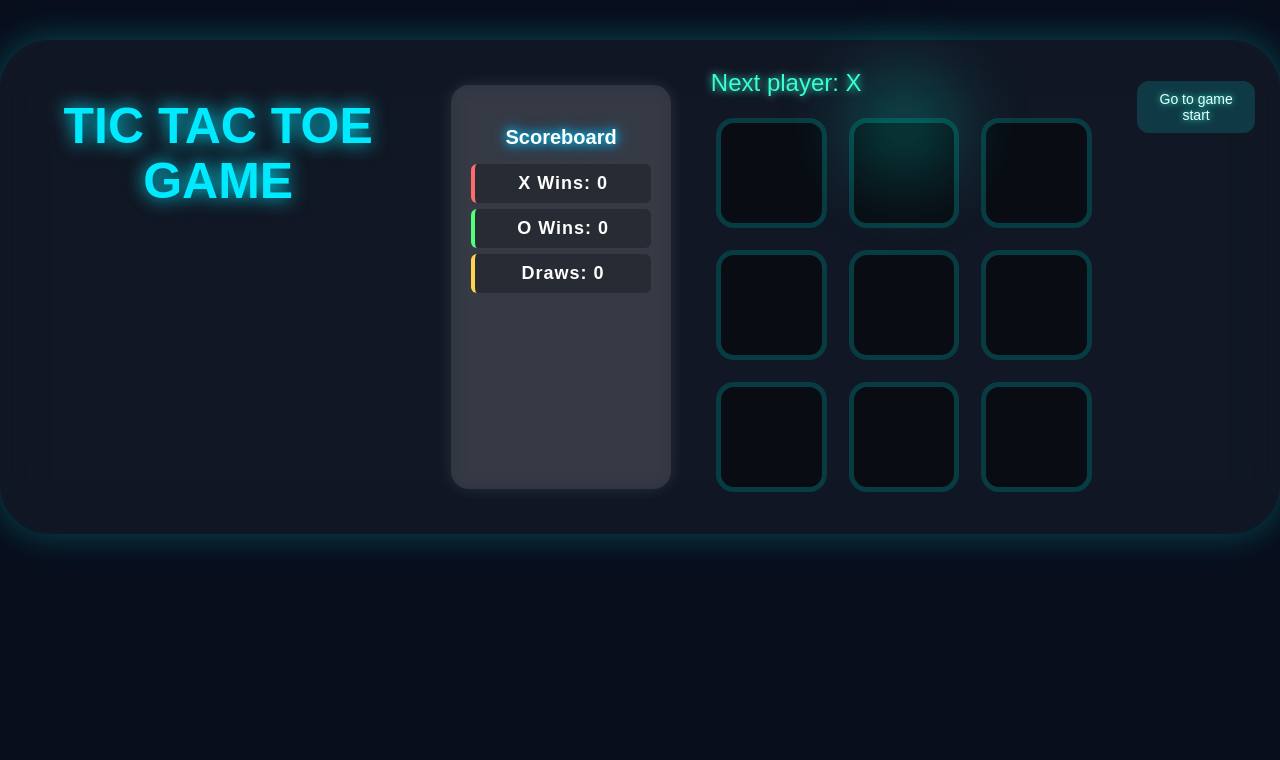
Repository: sofia123776/TIC-TAC-TOE
Page: /
The author's editor kept a copy of each file at every save. The page is drawn from the files as they stood at one save, then again after the next save.
The browser window is 1280 px wide. The pictures show the whole page.
The project was rebuilt for these pictures with package versions that can differ from the ones it lists, and the page was loaded fresh each time. Also part of the build but not shown: vite.config.js.

Above is the page before, as saved 2025-11-30 22:23:03.

### src/index.css
:root {
  font-family: system-ui, Avenir, Helvetica, Arial, sans-serif;
  line-height: 1.5;
  font-weight: 400;

  color-scheme: light dark;
  color: rgba(255, 255, 255, 0.87);
  background-color: whitesmoke;

  font-synthesis: none;
  text-rendering: optimizeLegibility;
  -webkit-font-smoothing: antialiased;
  -moz-osx-font-smoothing: grayscale;
}

a {
  font-weight: 500;
  color: #646cff;
  text-decoration: inherit;
}
a:hover {
  color: #535bf2;
}

body {
  margin: 0;
  display: flex;
  place-items: center;
  min-width: 320px;
  min-height: 100vh;
}

h1 {
  font-size: 3.2em;
  line-height: 1.1;
}

button {
  border-radius: 1px;
  border:8px  solid transparent;
  padding: 0.6em 1.2em;
  font-size: 1em;
  font-weight: 500;
  font-family: inherit;
  background-color: #1a1a1a;
  cursor: pointer;
  transition: border-color 0.25s;
}
button:hover {
  border-color: #646cff;
}
button:focus,
button:focus-visible {
  outline: 4px auto -webkit-focus-ring-color;
}

@media (prefers-color-scheme: light) {
  :root {
    color: #213547;
    background-color: #ffffff;
  }
  a:hover {
    color: #747bff;
  }
  button {
    background-color: #f9f9f9;
  }
}

### src/App.jsx
import { useState } from 'react'
import reactLogo from './assets/react.svg'
import viteLogo from '/vite.svg'
import './App.css'

function Square({value, onSquareClick, highlight}){


  return(
   <button
      className={`square ${highlight ? "highlight" : ""}`}
      onClick={onSquareClick}
    >
      {value}
    </button>
  );

}

function Board({xIsNext, squares, onPlay}) {



  function Handleclick(i){

    if ( Calculatewinner(squares) || squares[i]) {
    return;

  }
    ClickSound.play();
    const nextSquares = squares.slice()
    if (xIsNext){
    nextSquares[i] = "X"
    }else{
      nextSquares[i] = "O"
    }
    onPlay(nextSquares);
  }
    const winner = Calculatewinner(squares);
    const winningLine = Calculatewinner(squares, true);
    const ClickSound = new Audio("/sounds/click.mp3.wav");
    const WinSound = new Audio("/sounds/win.mp3.wav");



  let status;
  if (winner) {
    status = "Winner: " + winner;
    WinSound.play();
  } else {
    status = "Next player: " + (xIsNext ? "X" : "O");
  }

  return (
    <>

    <div className={`status ${winner ? "winner" : ""}`}>{status}</div>
  <div className='board-row'>
  <Square value = {squares[0]} onSquareClick={() =>Handleclick(0)} highlight={winningLine?.includes(0)}/>
  <Square value = {squares[1]} onSquareClick={() =>Handleclick(1)} highlight={winningLine?.includes(1)}/>
  <Square value = {squares[2]} onSquareClick={() =>Handleclick(2)} highlight={winningLine?.includes(2)}/>

  </div>

  <div className='board-row'>
  <Square value = {squares[3]} onSquareClick={() =>Handleclick(3)} highlight={winningLine?.includes(3)}/>
  <Square value = {squares[4]} onSquareClick={() =>Handleclick(4)} highlight={winningLine?.includes(4)}/>
  <Square value = {squares[5]} onSquareClick={() =>Handleclick(5)} highlight={winningLine?.includes(5)}/>

  </div>
  <div className='board-row'>
  <Square value = {squares[6]} onSquareClick={() =>Handleclick(6)} highlight={winningLine?.includes(6)}/>
  <Square value = {squares[7]} onSquareClick={() =>Handleclick(7)} highlight={winningLine?.includes(7)}/>
  <Square value = {squares[8]} onSquareClick={() =>Handleclick(8)} highlight={winningLine?.includes(8)}/>

  </div>

  </>
  );
}

export default function Game() {
  const [history, setHistory] = useState([Array(9).fill(null)]);
  const [currentMove, setCurrentMove] = useState(0);

  const xIsNext = currentMove % 2 === 0;
  const currentSquares = history[currentMove];

  // 🟦 Scoreboard State (X wins, O wins, Draws)
  const [score, setScore] = useState({
    X: 0,
    O: 0,
    Draws: 0
  });

  function handlePlay(nextSquares) {
    // If game already ended, stop moves
    if (Calculatewinner(currentSquares)) {
      return;
    }

    const nextHistory = [
      ...history.slice(0, currentMove + 1),
      nextSquares,
    ];

    setHistory(nextHistory);
    setCurrentMove(nextHistory.length - 1);

    // Check winner *after* move
    const winner = Calculatewinner(nextSquares);

    if (winner) {
      // Update score for winner (X or O)
      setScore(prev => ({
        ...prev,
        [winner]: prev[winner] + 1
      }));
    } else if (!nextSquares.includes(null)) {
      // Draw (no empty squares)
      setScore(prev => ({
        ...prev,
        Draws: prev.Draws + 1
      }));
    }
  }

  function jumpTo(nextMove) {
    setCurrentMove(nextMove);
  }

  // Time travel move list
  const moves = history.map((squares, move) => {
    let description = move > 0 ? "Go to move #" + move : "Go to game start";
    return (
      <li key={move}>
        <button onClick={() => jumpTo(move)}>{description}</button>
      </li>
    );
  });

  return (
    <div className="game">
      <h1>TIC TAC TOE GAME</h1>

      {/* 🟦 Scoreboard */}
      <div className="scoreboard">
        <h2>Scoreboard</h2>
        <p>X Wins: {score.X}</p>
        <p>O Wins: {score.O}</p>
        <p>Draws: {score.Draws}</p>
      </div>

      <div className={`game-board ${Calculatewinner(currentSquares) ? "winner" : ""}`}>
        <Board
          xIsNext={xIsNext}
          squares={currentSquares}
          onPlay={handlePlay}
        />
      </div>

      <div className="game-info">
        <ol>{moves}</ol>
      </div>
    </div>
  );
}





function Calculatewinner(squares, returnLine = false){
  const lines = [
  [0, 1, 2],
  [3, 4, 5],
  [6, 7, 8],
  [0, 3, 6],
  [1, 4, 7],
  [2, 5, 8],
  [0, 4, 8],
  [2, 4, 6],

  ];

  for (let line of lines) {
    const [a,b,c] = line;
    if (squares[a] && squares[a] === squares[b] && squares[a] === squares[c]) {
      return returnLine ? line : squares[a];
    }
  }
  return returnLine ? null : null;
}

### src/App.css
/* Full background */
body {
  background: #080e1c;
  margin: 0;
  font-family: "Poppins", sans-serif;
  color: #e8faff;
  display: flex;
  justify-content: center;
  align-items: flex-start;
  padding-top: 40px;
}

/* Game Title */
h1 {
  text-align: center;
  font-size: 50px;
  font-weight: 700;
  margin-bottom: 25px;
  text-shadow: 0 0 18px #00eaff;
  color: #00eaff;
}

/* Outer game container */
.game {
  display: flex;
  gap: 40px;
  padding: 25px;
  border-radius: 50px;
  background: rgba(255,255,255,0.04);
  box-shadow: 0 0 35px rgba(0, 255, 255, 0.25);
  backdrop-filter: blur(30px);
}

/* Board container */
.game-board {
  display: flex;
  flex-direction: column;
}

/* Status text */
.status {
  font-size: 22px;
  margin-bottom: 12px;
  color: #39ffd3;
  text-shadow: 0 0 8px #39ffd3;
}

/* Board row layout */
.board-row {
  display: flex;
  gap: 12px;
  margin-bottom: 12px;
}

/* Square button */
.square {
  width: 110px !important;
  height: 110px !important;
  margin: 5px;
  font-size: 42px !important;
  font-weight: bold;
  color: #00eaff;
  background-color: rgba(0, 0, 0, 0.45);
  border: 5px solid rgba(0, 255, 255, 0.2);
  border-radius: 18px;
  display: flex;
  align-items: center;
  justify-content: center;
  cursor: pointer;
  transition: 0.25s ease-in-out, transform 0.15s;
  text-shadow: 0 0 12px #00eaff;
}

.square:hover {
  transform: scale(1.07);
  background: rgba(0, 255, 255, 0.15);
  box-shadow: 0 0 18px #00eaff;
}

/* X and O color override */
.square:contains("X"), .square.X {
  color: #ff3c89;
  text-shadow: 0 0 12px #ff3c89;
}


.square:contains("O"), .square.O {
  color: #3cfffb;
  text-shadow: 0 0 12px #3cfffb;
}

/* Moves list */
.game-info ol {
  list-style: none;
  padding: 0;
}

.game-info button {
  padding: 10px 20px;
  border-radius: 12px;
  margin-bottom: 10px;
  border: none;
  cursor: pointer;
  background: rgba(0, 255, 255, 0.15);
  color: #e8ffff;
  font-size: 14px;
  text-shadow: 0 0 6px #39ffd3;
  transition: 0.2s ease;
}

.game-info button:hover {
  background: #39ffd3;
  color: #001010;
  box-shadow: 0 0 18px #39ffd3;
  transform: scale(1.05);
}

.highlight {
  animation: winPulse 1s infinite ease-in-out;
  background: rgba(0, 255, 150, 0.25) !important;
  box-shadow: 0 0 25px #00ffb3;
  border: 2px solid #00ff9d !important;
}

@keyframes winPulse {
  0% {
    transform: scale(1);
    box-shadow: 0 0 12px #00ffb3;
  }
  50% {
    transform: scale(1.12);
    box-shadow: 0 0 12px #00ffb3;
  }
  100% {
    transform: scale(1);
    box-shadow: 0 0 12px #00ffb3;
  }
}

.status {
  position: relative;
  z-index: 2;
  font-size: 1.5rem;

}

.status.winner {
  animation: glowWinner 1.5s infinite ease-in-out;
  color: #00ffea;
  text-shadow: 0 0 22px #00ffea;

}

@keyframes glowWinner {
  0% { text-shadow: 0 0 10px #00ffe0; }
  50% { text-shadow: 0 0 30px #00ffe0; }
  100% { text-shadow: 0 0 10px #00ffe0; }
}

/* firework particles */
.status::after {
  content: "";
  position: absolute;
  top: -20px;
  left: 50%;
  transform: translateX(-50%);
  width: 160px;
  height: 160px;
  background: radial-gradient(circle, #00ffe0 0%, transparent 60%);
  opacity: 0.3;
  filter: blur(30px);
  animation: fireworks 1.5s infinite ease-in-out;
}

@keyframes fireworks {
  0% {
    transform: translateX(-50%) scale(0.7);
    opacity: 0.1;
  }
  50% {
    transform: translateX(-50%) scale(1.3);
    opacity: 0.4;
  }
  100% {
    transform: translateX(-50%) scale(0.7);
    opacity: 0.1;
  }
}

.game-board.winner {
  border: 3px solid rgba(0,255,200,0.6);
  box-shadow: 0 0 35px rgba(0,255,200,0.8);
  padding: 12px;
  border-radius: 14px;
  animation: boardGlow 1.6s infinite ease-in-out;
}

@keyframes boardGlow {
  0% { box-shadow: 0 0 10px #00ffd5; }
  50% { box-shadow: 0 0 30px #00ffd5; }
  100% { box-shadow: 0 0 10px #00ffd5; }
}

/* Scoreboard Container */
.scoreboard {
  background: rgba(255, 255, 255, 0.12);
  backdrop-filter: blur(10px);
  padding: 20px;
  border-radius: 18px;
  width: 220px;
  margin: 20px auto;
  text-align: center;
  box-shadow: 0 0 15px rgba(255, 255, 255, 0.1);
  transition: 0.3s ease;
}

/* Hover glow */
.scoreboard:hover {
  transform: scale(1.03);
  box-shadow: 0 0 25px rgba(255, 255, 255, 0.25);
}

/* Scoreboard Title */
.scoreboard h2 {
  margin-bottom: 12px;
  font-size: 20px;
  color: #ffffff;
  text-shadow: 0 0 8px #00d0ff, 0 0 15px #00aaff;
}

/* Score lines */
.scoreboard p {
  font-size: 18px;
  margin: 6px 0;
  padding: 6px 0;
  border-radius: 6px;
  background: rgba(0, 0, 0, 0.25);
  color: #fff;
  font-weight: bold;
  letter-spacing: 1px;
}

/* Colors for X, O, Draws */
.scoreboard p:nth-child(2) {
  border-left: 4px solid #ff6b6b;   /* X color */
}

.scoreboard p:nth-child(3) {
  border-left: 4px solid #51ff7a;   /* O color */
}

.scoreboard p:nth-child(4) {
  border-left: 4px solid #ffd44d;   /* Draws color */
}

Loaded but not shown: index.html (common file); src/main.jsx (common file)

After the next save:
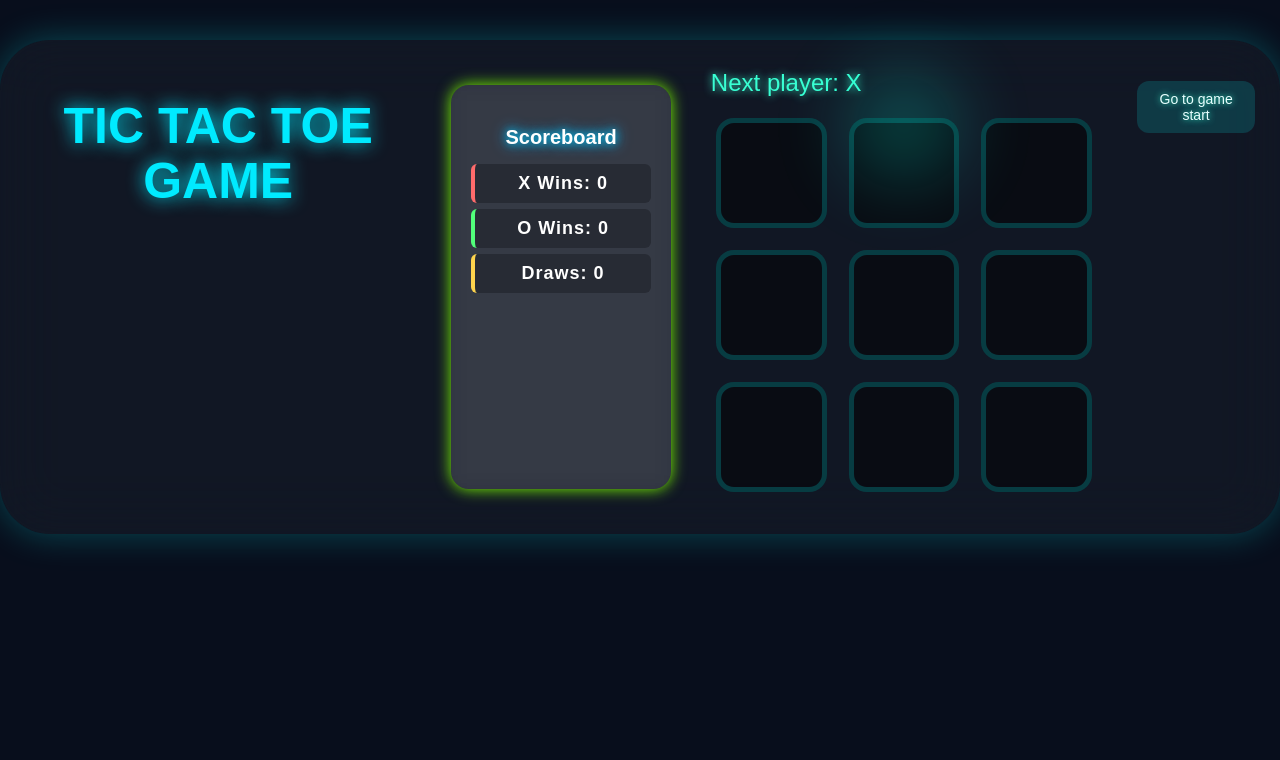
Saved 2 min 5 s later.
--- a/src/App.css
+++ b/src/App.css
@@ -210,7 +210,7 @@ h1 {
   width: 220px;
   margin: 20px auto;
   text-align: center;
-  box-shadow: 0 0 15px rgba(255, 255, 255, 0.1);
+  box-shadow: 0 0 15px lawngreen;
   transition: 0.3s ease;
 }
 
